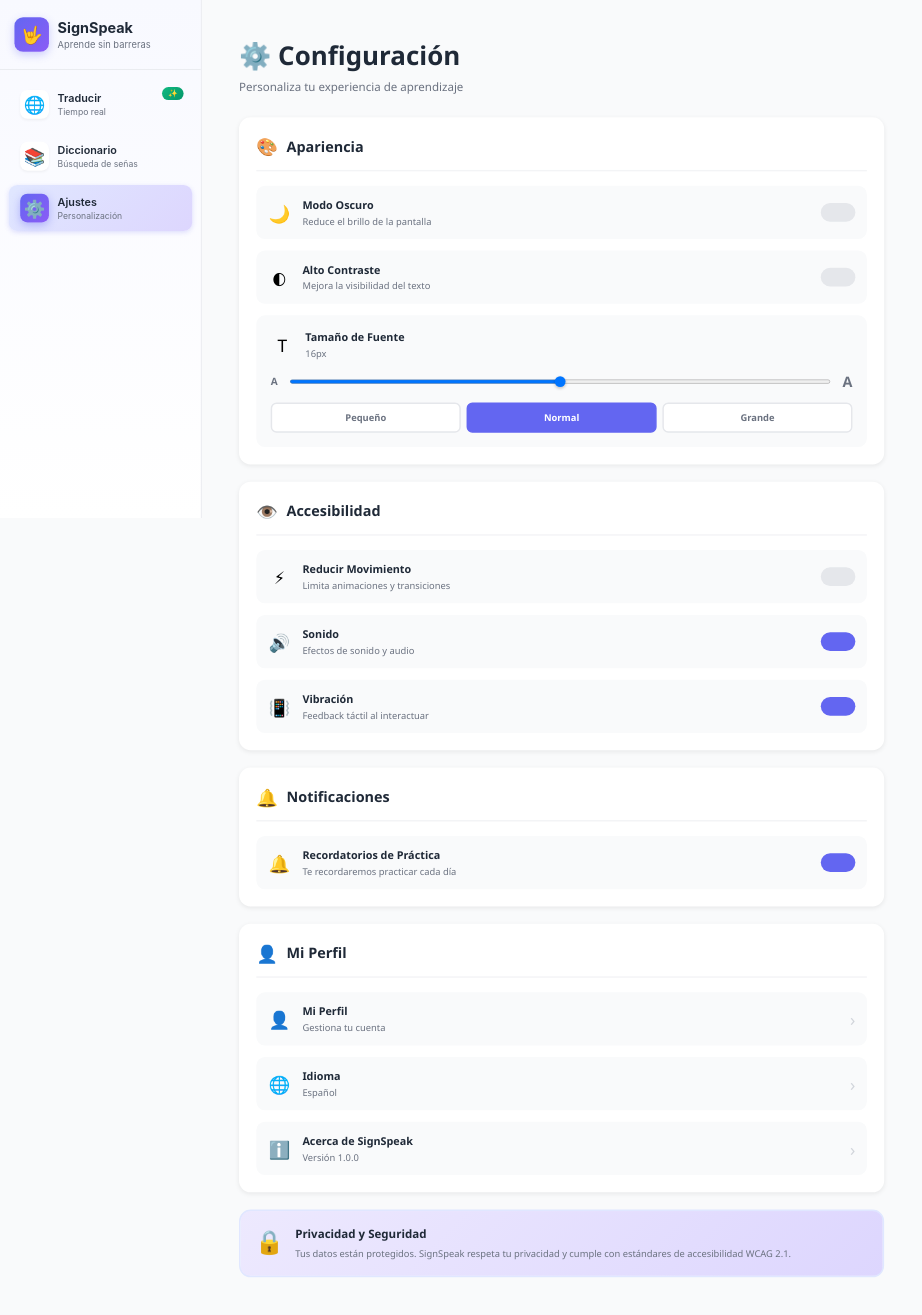
Repository: Aucarure/SignSpeak
Page: /ajustes (app in Usuario/frontend/)
An editor plug-in stored every save of this project. The page is shown before and after the next save, followed by the edit.
The browser window is 1280 px wide. The pictures show the whole page, at 72% of full size.
The project was rebuilt for these pictures with package versions that can differ from the ones it lists, and the page was loaded fresh each time. Also part of the build but not shown: Usuario/frontend/vite.config.js, Usuario/frontend/src/pages/Translator.jsx, Usuario/frontend/src/pages/Learn.jsx, Usuario/frontend/src/pages/Dictionary.jsx, Usuario/frontend/src/pages/Profile.jsx, Usuario/frontend/src/api/diccionario.js, Usuario/frontend/src/hooks/useDiccionario.js, Usuario/frontend/src/components/diccionario/SenaCard.jsx and 2 more.

Above is the page before, as saved 2025-12-05 01:54:48.

After the next save:
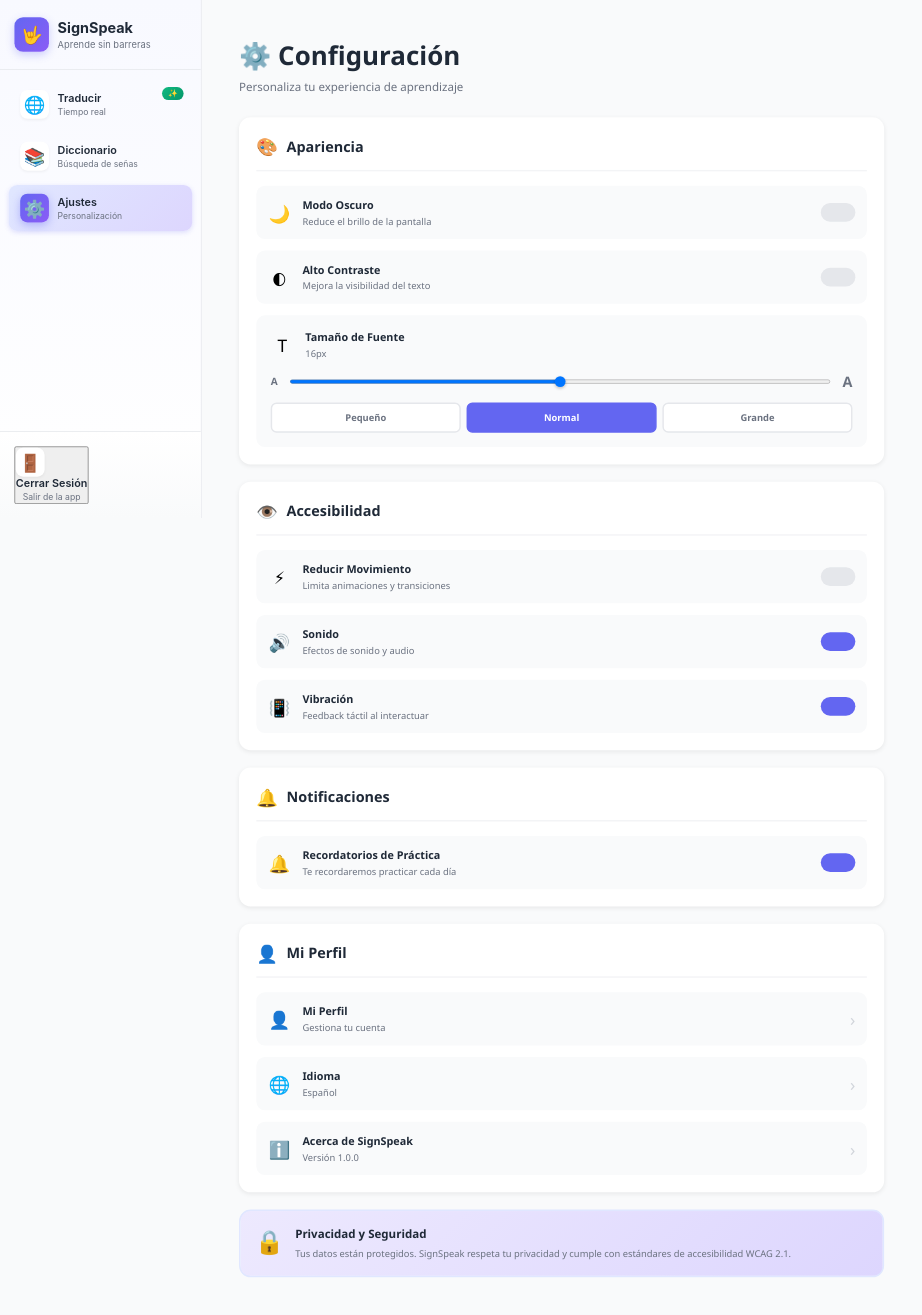
Saved 2 min 5 s later.
--- a/Usuario/frontend/src/components/Layout/Sidebar.jsx
+++ b/Usuario/frontend/src/components/Layout/Sidebar.jsx
@@ -7,7 +7,6 @@ function Sidebar() {
   const location = useLocation();
 
   const menuItems = [
-
     {
       id: 'translate',
       icon: '🌐',
@@ -31,6 +30,18 @@ function Sidebar() {
       path: '/ajustes'
     }
   ];
+
+  const handleLogout = () => {
+    if (window.confirm('¿Estás seguro de cerrar sesión?')) {
+      // Limpiar todo el localStorage
+      localStorage.removeItem('token');
+      localStorage.removeItem('refreshToken');
+      localStorage.removeItem('user');
+
+      // Redirigir al login externo
+      window.location.href = 'http://localhost:3000/login';
+    }
+  };
 
   const isActive = (path) => location.pathname === path;
 
@@ -65,7 +76,16 @@ function Sidebar() {
         ))}
       </nav>
 
-
+      {/* Footer - Botón Cerrar Sesión */}
+      <div className="sidebar-footer">
+        <button className="logout-button" onClick={handleLogout}>
+          <div className="menu-icon">🚪</div>
+          <div className="menu-content">
+            <span className="menu-title">Cerrar Sesión</span>
+            <span className="menu-subtitle">Salir de la app</span>
+          </div>
+        </button>
+      </div>
     </div>
   );
 }
